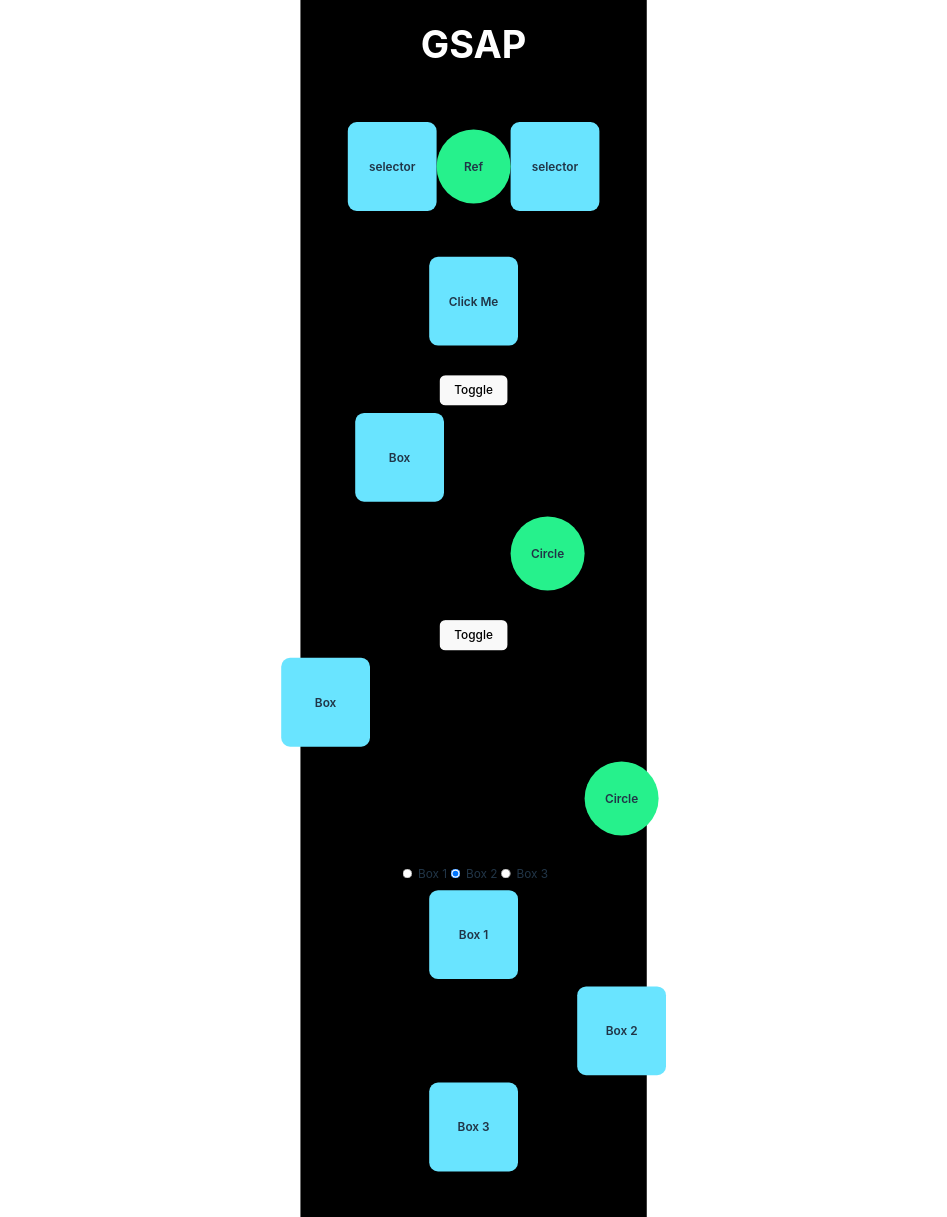
Repository: s-babaeizadeh/gsap-animation-examples
Page: /
The author's editor kept a copy of each file at every save. The page is drawn from the files as they stood at one save, then again after the next save.
The browser window is 1280 px wide. The pictures show the whole page, at 74% of full size.
The project was rebuilt for these pictures with package versions that can differ from the ones it lists, and the page was loaded fresh each time. Also part of the build but not shown: vite.config.js.

Above is the page before, as saved 2024-09-10 20:38:13.

After the next save:
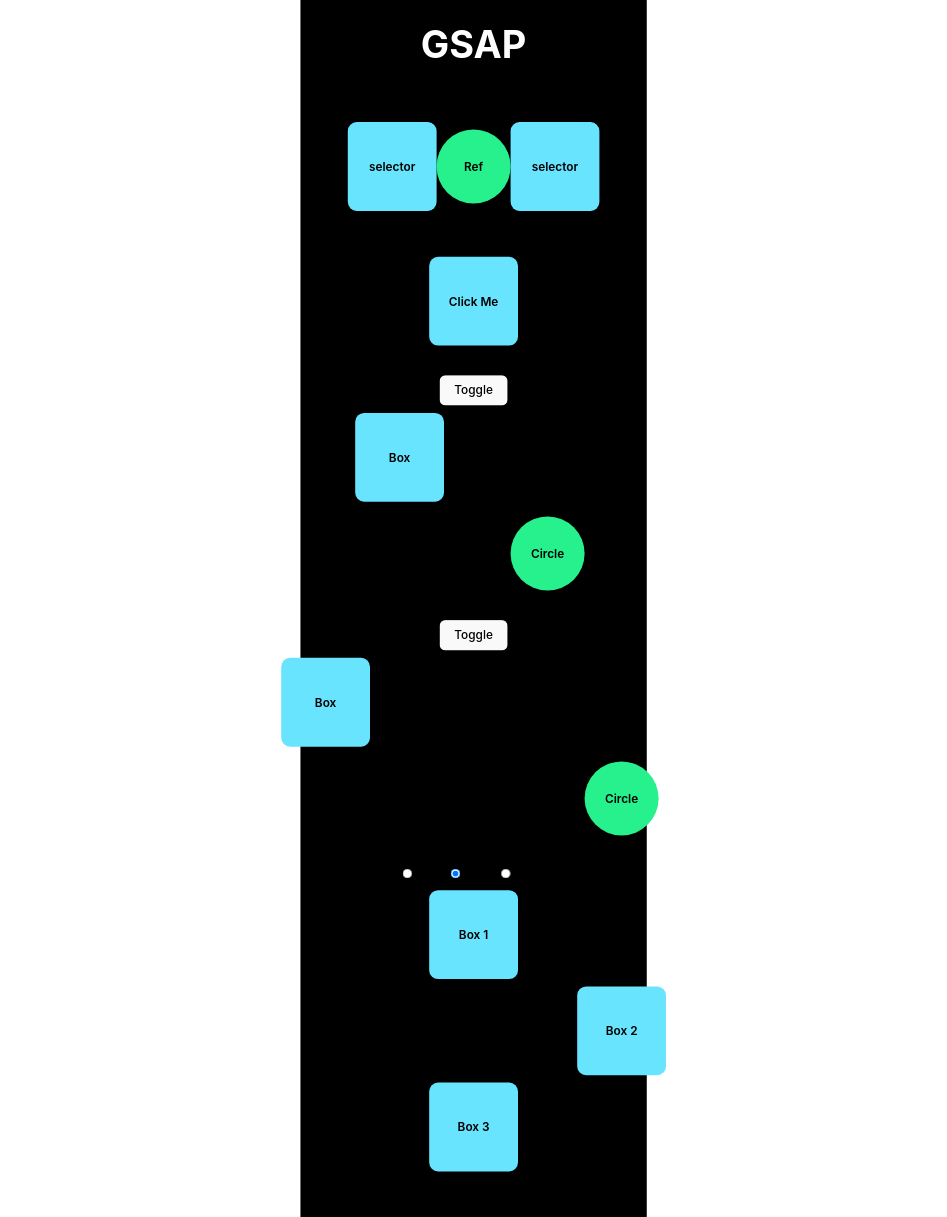
Saved 13 s later.
--- a/src/App.css
+++ b/src/App.css
@@ -4,7 +4,7 @@
   text-align: center;
   background-color: black;
   background-size: cover;
-  text
+  color: black;
 }
 
 .title {
